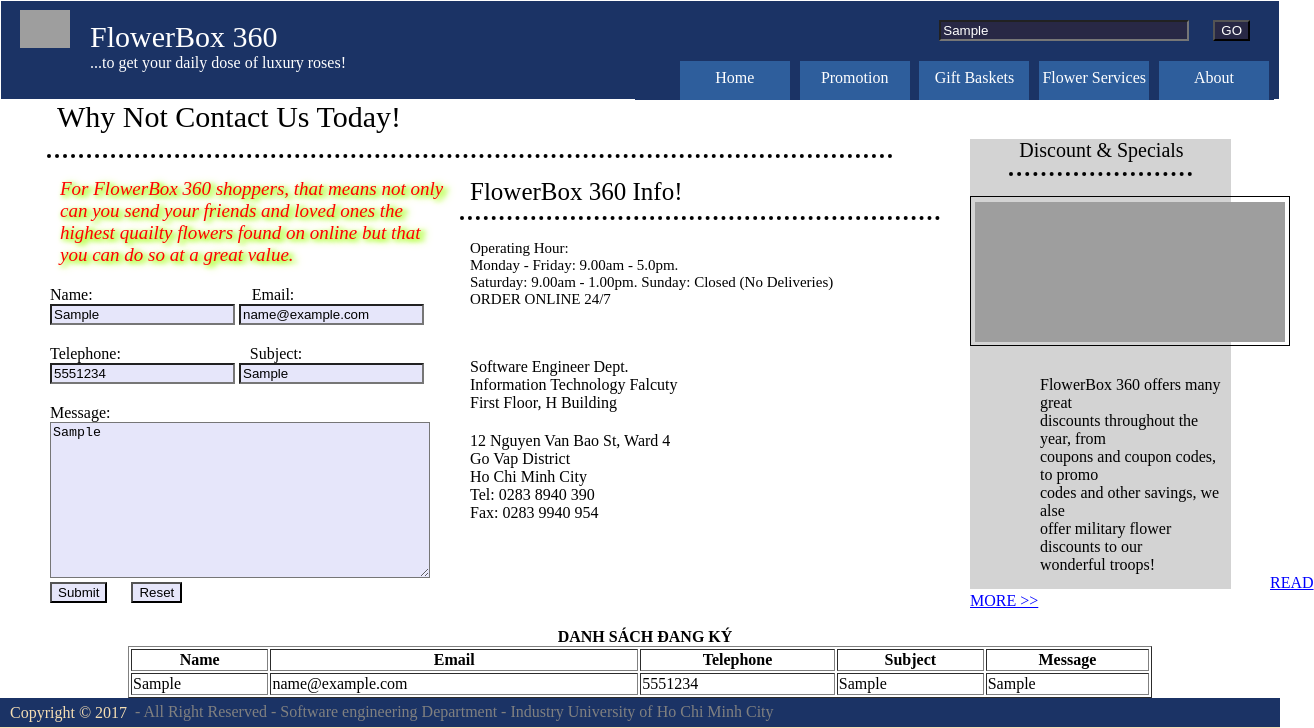
Repository: G1tHub-zer0/BTTH
Page: KT/index.html
The author's editor kept a copy of each file at every save. The page is drawn from the files as they stood at one save, then again after the next save.
The browser window is 1280 px wide. The page is 1314 px wide, so the pictures cover 1314 px, including what lies to the right of the window. The pictures show the whole page.
Empty fields were first filled with sample values (such as "Sample", 5 or name@example.com).
After loading, the first visible `#inp-left` was clicked once.
Pictures or frames that could not be fetched are drawn as grey boxes.

Above is the page before, as saved 2024-04-12 14:13:26.

After the next save:
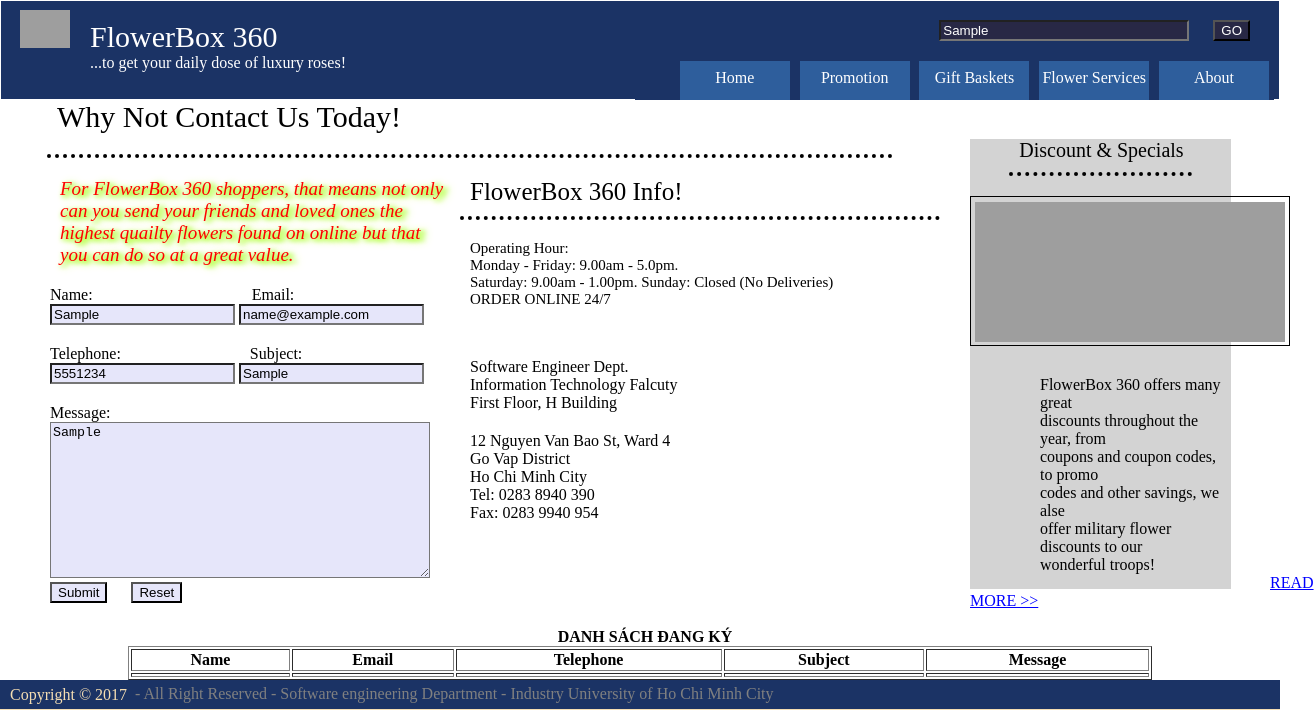
Console error: ReferenceError: submitForm is not defined
Saved 6 s later.
--- a/KT/index.html
+++ b/KT/index.html
@@ -1,28 +1,5 @@
 <!DOCTYPE html>
 <html lang="en">
-<script>
-    function start() {
-        document.getElementById('name').focus();
-        document.getElementById('submit').disabled = true;
-    }
-
-    function ontype() {
-        document.getElementById('submit').disabled = false;
-    }
-    function submitForm() {
-        var name = document.querySelector('input[name="Name"]').value;
-        var email = document.querySelector('input[name="email"]').value;
-        var telephone = document.querySelector('input[name="tel"]').value;
-        var subject = document.querySelector('input[name="sub"]').value;
-        var message = document.querySelector('textarea[name="mes"]').value;
-
-        document.getElementById('Name').innerText = name;
-        document.getElementById('Email').innerText = email;
-        document.getElementById('Telephone').innerText = telephone;
-        document.getElementById('Subject').innerText = subject;
-        document.getElementById('Message').innerText = message;
-    }
-</script>
 
 <head>
     <meta charset="UTF-8">
